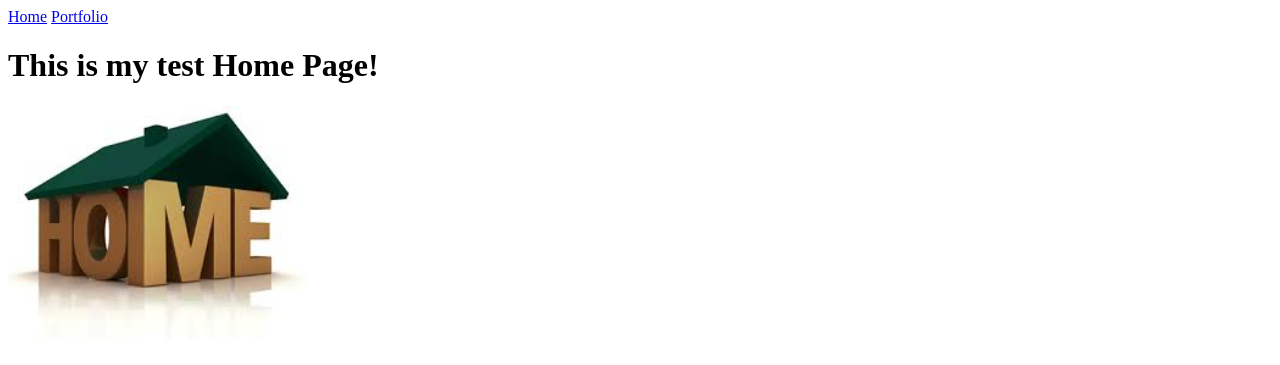
Repository: nilla1867/nilla1867.github.io
Page: my_website/index.html
The author's editor kept a record of every edit. The page is drawn from the files as they stood at one moment, then again after the next edit.
The browser window is 1280 px wide. The pictures show the whole page.

Above is the page before.

After the next edit:
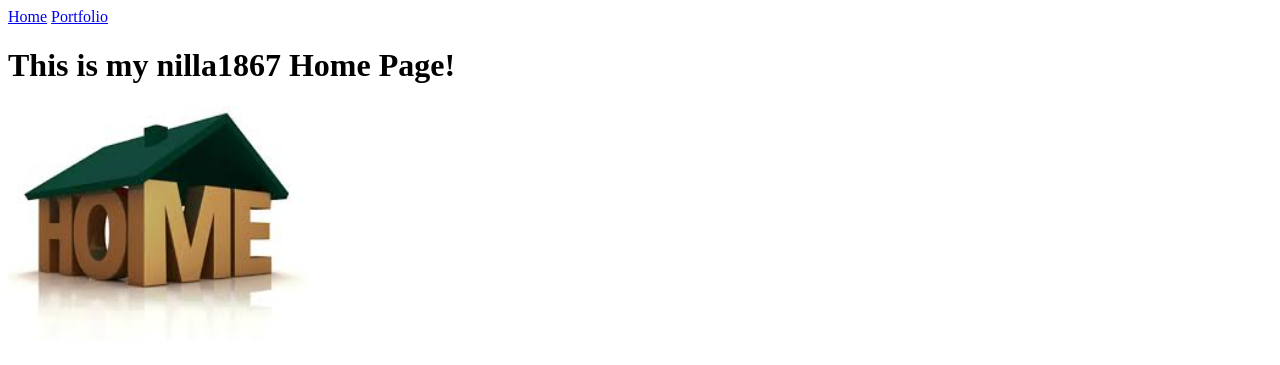
The edit:
--- a/my_website/index.html
+++ b/my_website/index.html
@@ -7,7 +7,7 @@
   <body>
     <a href="index.html">Home</a>
     <a href="portfolio.html">Portfolio</a>
-    <h1>This is my test Home Page!</h1>
+    <h1>This is my nilla1867 Home Page!</h1>
     <img src="images/home.jpg" height="250">
   </body>
 </html>
